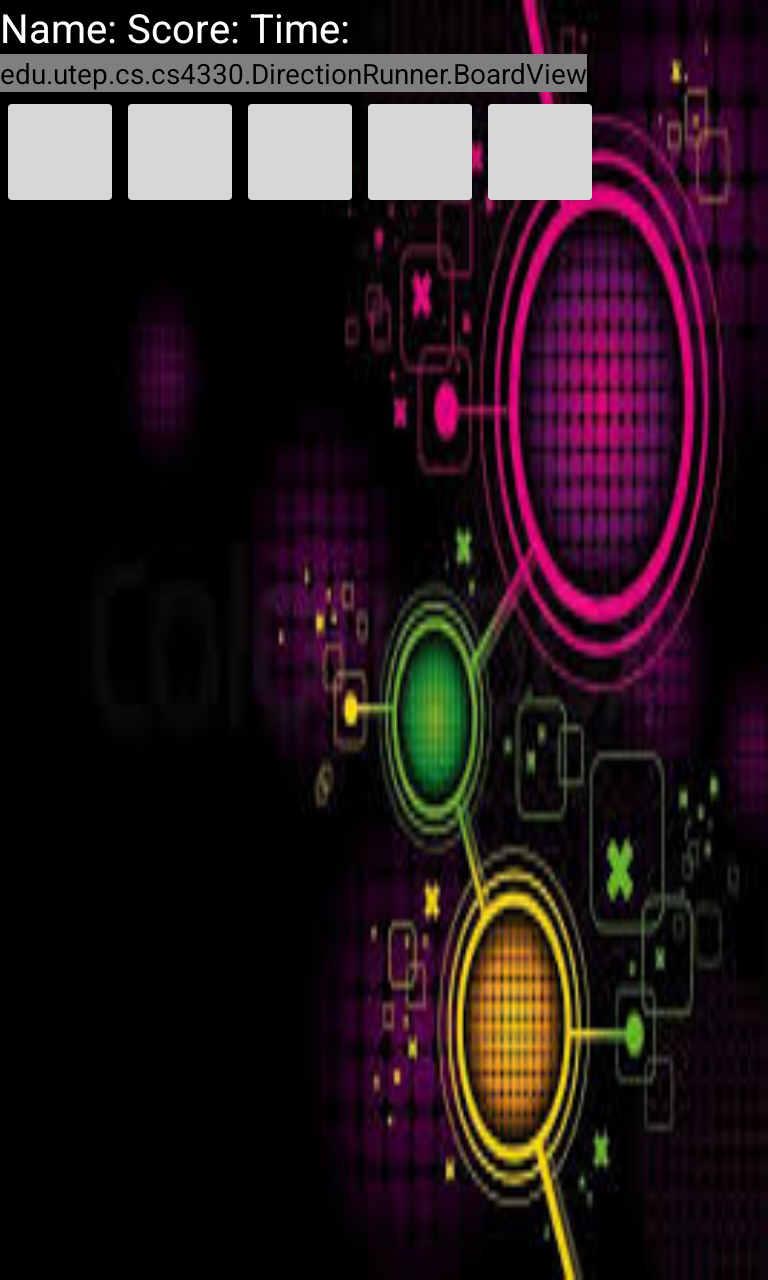
Repository: RedJaVa68/DirectionRunner
Layout: DirectionRunner/res/layout/game_activity.xml
The author's editor kept a copy of each file at every save. The layout is drawn from the files as they stood at one save, then again after the next save.
Pictures or frames that could not be fetched are drawn as grey boxes. It is drawn on a 768 x 1280 px phone screen (xhdpi) without system bars, with theme AppTheme; the app's code is not run.

Above is the layout before, as saved 2015-05-07 00:30:36.

After the next save:
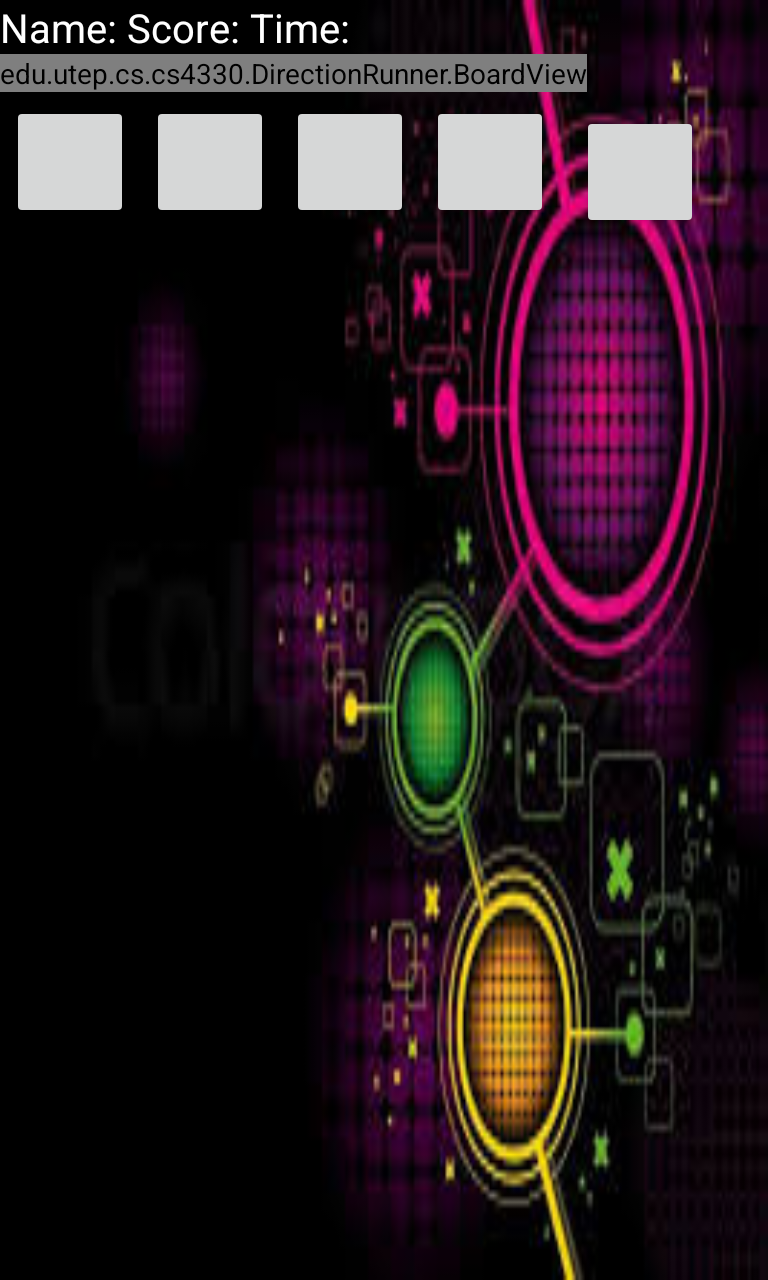
Saved 107 s later.
--- a/DirectionRunner/res/layout/game_activity.xml
+++ b/DirectionRunner/res/layout/game_activity.xml
@@ -49,26 +49,31 @@
         	android:id="@+id/button1"
         	android:layout_width="60dp"
         	android:layout_height="60dp"
+        	android:layout_margin="5dp"
         	android:onClick="button1"/>
         <Button
             android:id="@+id/button2"
             android:layout_width="60dp"
             android:layout_height="60dp"
+            android:layout_margin="5dp"
             android:onClick="button2"/>
         <Button
         	android:id="@+id/button3"
         	android:layout_width="60dp"
         	android:layout_height="60dp"
+        	android:layout_margin="5dp"
         	android:onClick="button3"/>
         <Button
             android:id="@+id/button4"
             android:layout_width="60dp"
             android:layout_height="60dp"
+            android:layout_margin="5dp"
             android:onClick="button4"/>
         <Button
         	android:id="@+id/button5"
         	android:layout_width="60dp"
         	android:layout_height="60dp"
+        	android:layout_margin="10dp"
         	android:onClick="button5"/>
     </LinearLayout>
 </LinearLayout>
